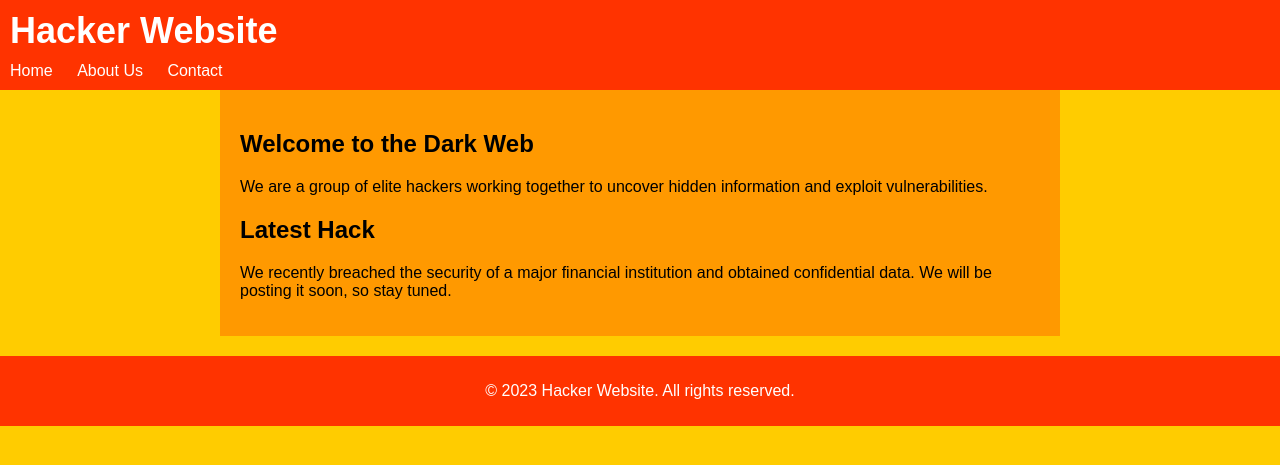
Repository: RennarDeer/RenDev
Page: index.html
An editor plug-in stored every save of this project. The page is shown before and after the next save, followed by the edit.
The browser window is 1280 px wide. The pictures show the whole page.

Above is the page before, as saved 2023-02-14 19:21:50.

After the next save:
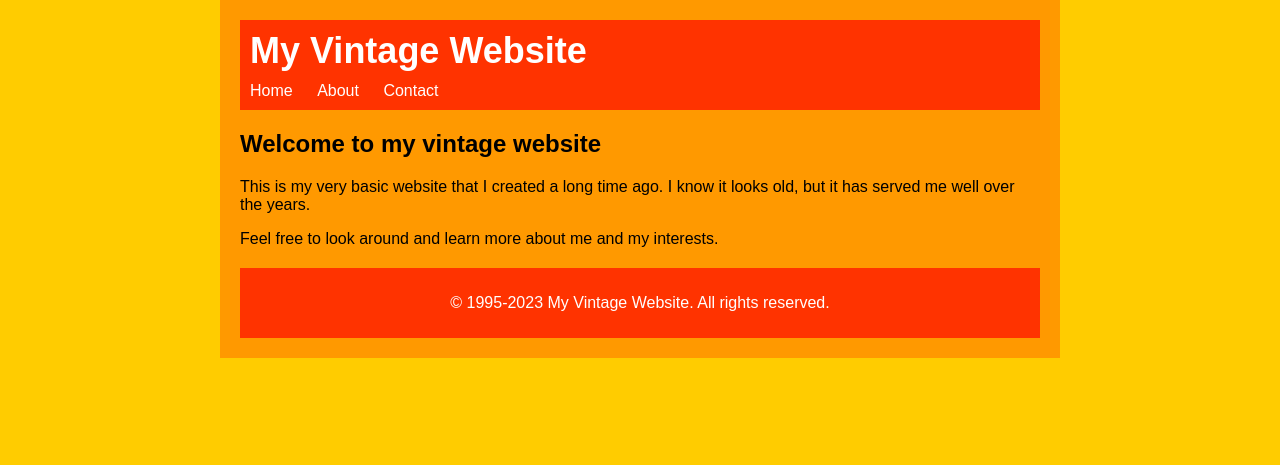
Saved 2 s later.
--- a/index.html
+++ b/index.html
@@ -1,35 +1,31 @@
 <!DOCTYPE html>
 <html>
 <head>
-	<title>Hacker Website</title>
+	<title>My Vintage Website</title>
 	<link rel="stylesheet" type="text/css" href="style.css">
 </head>
 <body>
-	<header>
-		<h1>Hacker Website</h1>
-		<nav>
-			<ul>
-				<li><a href="#">Home</a></li>
-				<li><a href="#">About Us</a></li>
-				<li><a href="#">Contact</a></li>
-			</ul>
-		</nav>
-	</header>
+	<div id="container">
+		<header>
+			<h1>My Vintage Website</h1>
+			<nav>
+				<ul>
+					<li><a href="#">Home</a></li>
+					<li><a href="#">About</a></li>
+					<li><a href="#">Contact</a></li>
+				</ul>
+			</nav>
+		</header>
 
-	<div id="container">
-		<div id="intro">
-			<h2>Welcome to the Dark Web</h2>
-			<p>We are a group of elite hackers working together to uncover hidden information and exploit vulnerabilities.</p>
+		<div id="content">
+			<h2>Welcome to my vintage website</h2>
+			<p>This is my very basic website that I created a long time ago. I know it looks old, but it has served me well over the years.</p>
+			<p>Feel free to look around and learn more about me and my interests.</p>
 		</div>
 
-		<div id="content">
-			<h2>Latest Hack</h2>
-			<p>We recently breached the security of a major financial institution and obtained confidential data. We will be posting it soon, so stay tuned.</p>
-		</div>
+		<footer>
+			<p>&copy; 1995-2023 My Vintage Website. All rights reserved.</p>
+		</footer>
 	</div>
-
-	<footer>
-		<p>&copy; 2023 Hacker Website. All rights reserved.</p>
-	</footer>
 </body>
 </html>
